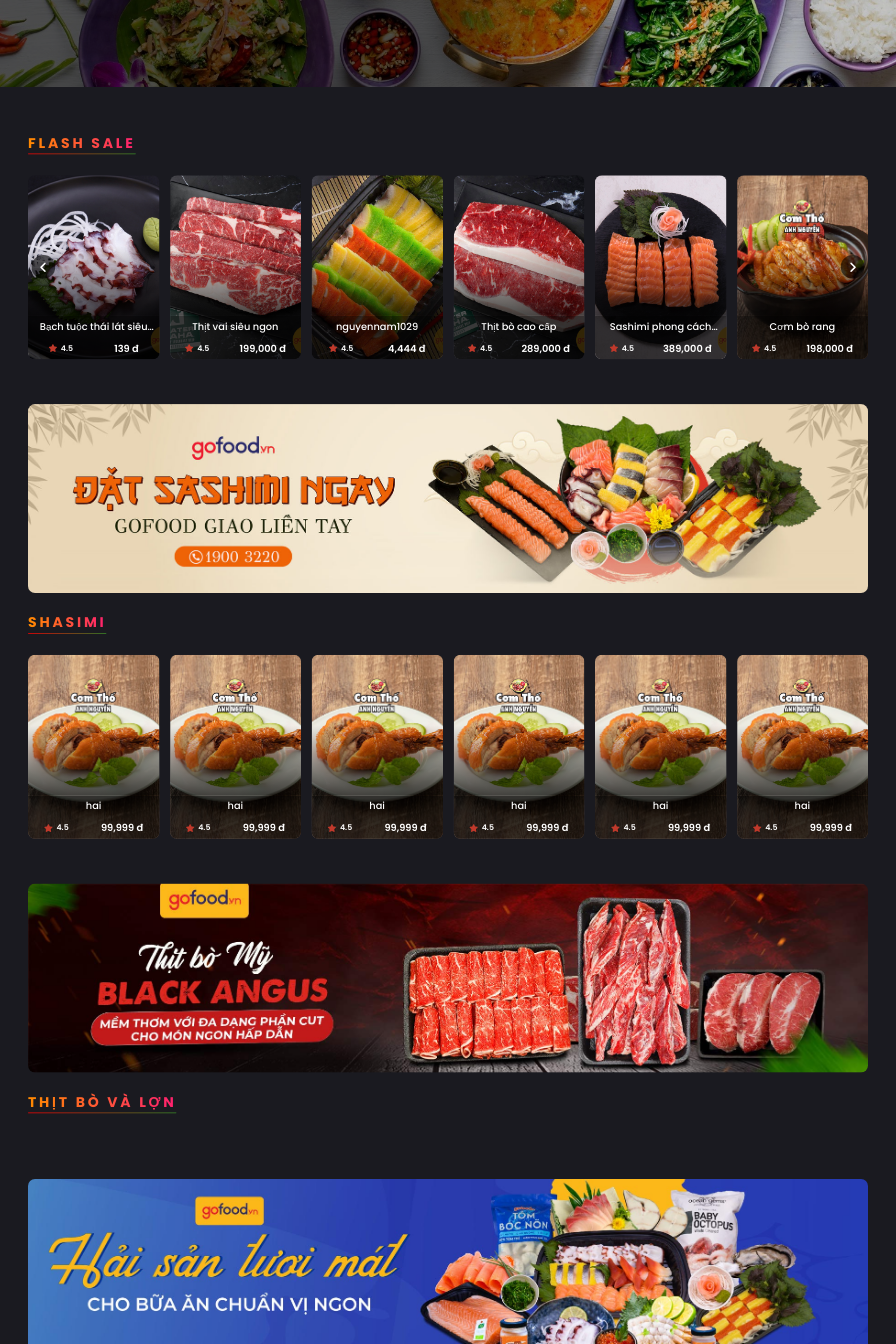
Repository: nguyennam1029/TopFoodNew
Page: http://localhost/
These files come from the project's save history. The page is drawn as it stood at one moment and after the next save; the edit follows.
The browser window is 1280 px wide. The pictures show the part of the page from y = 576 to 2496 px (the page is 4215 px tall before and 3952 px after), at 70% of full size.
Some icons come from a web library that is not loaded, so they are not drawn. Some web fonts or font styles are not loaded; a fallback is used. Some web libraries are served in a nearby version. The page is run by PHP 8.4 with error messages shown; the project is at /var/www/html/. The database holds what the project's SQL file puts in it.

Above is the page before, as saved 2022-08-02 00:53:22.

### index.php
<?php
session_start();
?>
<!DOCTYPE html>
<html lang="en">

<head>
  <meta charset="UTF-8" />
  <meta http-equiv="X-UA-Compatible" content="IE=edge" />
  <meta name="viewport" content="width=device-width, initial-scale=1.0" />
  <title>Top Food</title>
  <link rel="shortcut icon" href="https://hhhkungfu.tv/wp-content/uploads/2021/12/1-copy.png" type="image/x-icon" />

  <!-- GOOGLE FONTS -->
  <link rel="stylesheet" href="https://cdnjs.cloudflare.com/ajax/libs/font-awesome/6.1.1/css/all.min.css" />

  <!-- <link rel="preconnect" href="https://fonts.gstatic.com">
    <link href="https://fonts.googleapis.com/css2?family=Cairo:wght@200;300;400;600;700;900&display=swap" rel="stylesheet"> -->
  <link rel="preconnect" href="https://fonts.googleapis.com" />
  <link rel="preconnect" href="https://fonts.gstatic.com" crossorigin />
  <link href="https://fonts.googleapis.com/css2?family=Poppins:wght@500;600;700&family=Rubik+Wet+Paint&display=swap" rel="stylesheet" />
  <!-- OWL CAROUSEL -->
  <link rel="stylesheet" href="https://cdnjs.cloudflare.com/ajax/libs/OwlCarousel2/2.3.4/assets/owl.carousel.min.css" integrity="sha512-tS3S5qG0BlhnQROyJXvNjeEM4UpMXHrQfTGmbQ1gKmelCxlSEBUaxhRBj/EFTzpbP4RVSrpEikbmdJobCvhE3g==" crossorigin="anonymous" />
  <!-- BOX ICONS -->
  <!-- <link href="https://unpkg.com/boxicons@2.0.7/css/boxicons.min.css" rel="stylesheet" /> -->
  <link rel="stylesheet" href="./plugin/fontawesome-free-6.1.2-web/css/all.min.css">
  <!-- ---aos-- -->
  <!-- <link rel="stylesheet" href="aos-2/dist/aos.css"> -->
  <!-- APP CSS -->
  <!-- <link rel="stylesheet" href="form/form_style.css"> -->
  <link rel="stylesheet" href="grid.css" />
  <link rel="stylesheet" href="app.css" />
</head>

<body>
  <div class="app">
    <?php include 'menu.php'
    ?>


    <?php if (isset($_GET['notiCart'])) { ?>
      <div class="noti">
        <div class="noti-content">
          <i class='bx bxs-bell-ring'></i>
          <span class="noti-title">Bạn vui lòng: Đăng ký hoặc Đăng nhập</span>
          <i class='bx bxs-bell-ring' style="margin-left: 6px; margin-right: 0;"></i>

        </div>
      </div>
    <?php } ?>


    <!-- HERO SECTION -->
    <div class="hero-section">
      <!-- HERO SLIDE -->
      <div class="hero-slide">
        <div class="owl-carousel carousel-nav-center" id="hero-carousel">
          <!-- SLIDE ITEM -->
          <div class="hero-slide-item">
            <img src="./images/banner/banner1.jpg" alt="" />
            <div class="overlay"></div>
            <div class="hero-slide-item-content">
              <div class="item-content-wraper">
                <div class="item-content-title top-down">
                  <p class="item-content-title--color">Cách sắp xếp bàn ăn</p>
                </div>
                <div class="flash-infos top-down delay-2"></div>
                <div class="item-content-description top-down delay-4">
                  Đĩa đựng món ăn chính sẽ đặt ngay chính giữa vị trí ngồi của
                  thực khách, đĩa salad được đặt bên trên đĩa món ăn chính và
                  đĩa bánh mì sẽ nằm ở góc trên bên trái. Khăn ăn bạn phải gấp
                  gọn gàng và đặt bên trái hoặc phía trên đĩa món ăn chính.
                  Các dụng cụ nằm bên phải đĩa món ăn chính sẽ là dao ăn, thìa
                  ăn và thìa súp
                </div>
                <div class="item-action top-down delay-6">
                  <a href="./detail/eveng.html" class="custom-btn block btn-11">
                    <i class="bx bxs-right-arrow"></i>
                    <span>Xem Ngay</span>
                  </a>
                </div>
              </div>
            </div>
          </div>
          <!-- END SLIDE ITEM -->
          <!-- SLIDE ITEM -->
          <div class="hero-slide-item">
            <img src="./images/banner/banner2.jpg" alt="" />
            <div class="overlay"></div>
            <div class="hero-slide-item-content">
              <div class="item-content-wraper">
                <div class="item-content-title top-down">
                  <p class="item-content-title--color">Món gỏi</p>
                </div>
                <div class="flash-infos top-down delay-2"></div>
                <div class="item-content-description top-down delay-4">
                  Chỉ bằng vài bước vào bếp vừa đơn giản lại vừa nhanh chóng,
                  bạn đã có thể chiêu đãi cho cả nhà bữa ăn dinh dưỡng, hấp
                  dẫn với món gỏi bồn bồn thơm ngon này rồi. Dĩa gỏi thơm lừng
                  kích thích vị giác vô cùng, bồn bồn giòn giòn, tươi ngon,
                  ngấm đều vị nước trộn chua chua ngọt ngọt, ăn cùng với miếng
                  bánh phồng tôm nữa là hết sẩy.
                </div>
                <div class="item-action top-down delay-6">
                  <a href="./detail/avatar.html" class="custom-btn block btn-11">
                    <i class="bx bxs-right-arrow"></i>
                    <span>Xem Ngay</span>
                  </a>
                </div>
              </div>
            </div>
          </div>
          <!-- END SLIDE ITEM -->

          <!-- SLIDE ITEM -->
          <div class="hero-slide-item">
            <img src="./images/banner/banner3.jpg" alt="" />
            <div class="overlay"></div>
            <div class="hero-slide-item-content">
              <div class="item-content-wraper">
                <div class="item-content-title top-down">
                  <div class="item-content-title--color">
                    Cách chọn rau, củ, quả
                  </div>
                </div>
                <div class="flash-infos top-down delay-2"></div>
                <div class="item-content-description top-down delay-4">
                  Rau củ và quả tươi có màu sắc tự nhiên, không bị héo úa.
                  Không có bất kì màu sắc bất thường nào. Bạn nên chú ý các
                  loại củ quả màu xanh hoặc có màu sắc khá thất thường
                </div>
                <div class="item-action top-down delay-6">
                  <a href="./detail/WandaVision.html" class="custom-btn block btn-11">
                    <i class="bx bxs-right-arrow"></i>
                    <span>Xem Ngay</span>
                  </a>
                </div>
              </div>
            </div>
          </div>
          <!-- END SLIDE ITEM -->
          <!-- SLIDE ITEM -->
          <div class="hero-slide-item">
            <img src="./images/banner/banner4.jpg" alt="" />
            <div class="overlay"></div>
            <div class="hero-slide-item-content">
              <div class="item-content-wraper">
                <div class="item-content-title top-down">
                  <p class="item-content-title--color">Rau xanh</p>
                </div>
                <div class="flash-infos top-down delay-2"></div>
                <div class="item-content-description top-down delay-4">
                  Rau củ quả thường bị dập trong quá trình vận chuyển. Trường
                  hợp quả táo bị dập sẽ có vết đốm nâu do oxy len lỏi vào
                  trong tạo ra melanin có màu nâu (do phản ứng giữa các enzym,
                  tannin và oxy).
                </div>
                <div class="item-action top-down delay-6">
                  <a href="./detail/star.html" class="custom-btn block btn-11">
                    <i class="bx bxs-right-arrow"></i>
                    <span>Xem Ngay</span>
                  </a>
                </div>
              </div>
            </div>
          </div>
          <!-- END SLIDE ITEM -->
        </div>
      </div>
      <!-- END HERO SLIDE -->
    </div>
    <!-- End-list slider  -->

    <!-- Start flash sale -->
    <div class="section" id="series">
      <div class="container">
        <div class="section-header">
          <p class="booton-text">
            flash sale
            <!-- <img style="filter: brightness(0%);" class="flash-sale--logo" src="images/flashsale.svg" alt="" /> -->
          </p>
        </div>
        <div class="movies-slide carousel-nav-center owl-carousel">
          <?php

          require './admin/connect.php';
          $sql = " select * from products where manufacturer_id=N'1' limit 10";
          $result = mysqli_query($connect, $sql);
          ?>
          <?php foreach ($result as $flashSale) : ?>

            <a href="product_detail.php?id=<?php echo $flashSale['id'] ?>" class="flash-item">
              <img class="flash-image" src="./admin/san_pham/photos/<?php echo $flashSale['photo'] ?>" alt="" />
              <div class="flash-item-content">
                <p class="flash-item-title">
                  <?php echo $flashSale['name'] ?>
                </p>
                <div class="flash-infos">
                  <div class="flash-info">
                    <i class="fa-solid fa-star"></i>
                    <span>4.5</span>
                  </div>

                  <div class="flash-info">
                    <span class="flash-info--price">
                      <?php echo number_format($flashSale['price']) ?>
                      đ</span>
                  </div>
                </div>
              </div>
            </a>
          <?php endforeach ?>

        </div>
      </div>
    </div>
    <!-- END flash sale -->

    <!-- --START-BANNER-HẢI SẢN  -->
    <div class="section">
      <div class="container">
        <div class="banner">
          <img src="./images/banner/banner-sashimi.jpg" alt="" />
        </div>
      </div>
    </div>
    <!-- --END-BANNER-HẢI SẢN  -->

    <!-- --START-SHASIMI  -->
    <div class="section" id="series">
      <div class="container">
        <div class="section-header">
          <p class="booton-text">Shasimi</p>
        </div>
        <div class="movies-slide carousel-nav-center owl-carousel">
          <?php
          $sql = " select * from products where manufacturer_id=N'2' limit 10";
          $result = mysqli_query($connect, $sql);
          ?>
          <?php foreach ($result as $flashSale) : ?>

            <a href="product_detail.php?id=<?php echo $flashSale['id'] ?>" class="flash-item">
              <img class="flash-image" src="./admin/san_pham/photos/<?php echo $flashSale['photo'] ?>" alt="" />
              <div class="flash-item-content">
                <p class="flash-item-title">
                  <?php echo $flashSale['name'] ?>
                </p>
                <div class="flash-infos">
                  <div class="flash-info">
                    <i class="fa-solid fa-star"></i>
                    <span>4.5</span>
                  </div>

                  <div class="flash-info">
                    <span class="flash-info--price">
                      <?php echo number_format($flashSale['price']) ?>
                      đ</span>
                  </div>
                </div>
              </div>
            </a>
          <?php endforeach ?>

        </div>
      </div>
    </div>
    <!-- END-HẢI SẢN  -->

    <!-- --START-BANNER-Thịt  -->
    <div class="section">
      <div class="container">
        <div class="banner">
          <img src="images/banner/banner-bo-my-black-angus.jpg" alt="" />
        </div>
      </div>
    </div>
    <!-- --END-BANNER-Thịt  -->



    <!-- --START-Thịt bò   -->
    <div class="section" id="series">
      <div class="container">
        <div class="section-header">
          <p class="booton-text">Thịt bò và lợn</p>
        </div>
        <div class="movies-slide carousel-nav-center owl-carousel">
          <?php
          $sql = " select * from products where manufacturer_id=N'3' limit 10";
          $result = mysqli_query($connect, $sql);
          ?>
          <?php foreach ($result as $flashSale) : ?>

            <a href="product_detail.php?id=<?php echo $flashSale['id'] ?>" class="flash-item">
              <img class="flash-image" src="./admin/san_pham/photos/<?php echo $flashSale['photo'] ?>" alt="" />
              <div class="flash-item-content">
                <p class="flash-item-title">
                  <?php echo $flashSale['name'] ?>
                </p>
                <div class="flash-infos">
                  <div class="flash-info">
                    <i class="fa-solid fa-star"></i>
                    <span>4.5</span>
                  </div>

                  <div class="flash-info">
                    <span class="flash-info--price">
                      <?php echo number_format($flashSale['price']) ?>
                      đ</span>
                  </div>
                </div>
              </div>
            </a>
          <?php endforeach ?>

        </div>
      </div>
    </div>
    <!-- END-Thị bò  -->



    <!-- --START-BANNER-HẢI SẢN   -->

    <div class="section">
      <div class="container">
        <div class="banner">
          <img src="images/banner/banner-hai-san.jpg" alt="" />
        </div>
      </div>
    </div>
    <!-- --END-BANNER-HẢI SẢN   -->




    <!-- --START-HẢI SẢN   -->
    <div class="section" id="series">
      <div class="container">
        <div class="section-header">
          <p class="booton-text">hải sản</p>
        </div>
        <div class="movies-slide carousel-nav-center owl-carousel">
          <?php
          $sql = " select * from products where manufacturer_id=N'1' limit 10";
          $result = mysqli_query($connect, $sql);
          ?>
          <?php foreach ($result as $flashSale) : ?>

            <a href="product_detail.php?id=<?php echo $flashSale['id'] ?>" class="flash-item">
              <img class="flash-image" src="./admin/san_pham/photos/<?php echo $flashSale['photo'] ?>" alt="" />
              <div class="flash-item-content">
                <p class="flash-item-title">
                  <?php echo $flashSale['name'] ?>
                </p>
                <div class="flash-infos">
                  <div class="flash-info">
                    <i class="fa-solid fa-star"></i>
                    <span>4.5</span>
                  </div>

                  <div class="flash-info">
                    <span class="flash-info--price">
                      <?php echo number_format($flashSale['price']) ?>
                      đ</span>
                  </div>
                </div>
              </div>
            </a>
          <?php endforeach ?>

        </div>
      </div>
    </div>
    <!-- END-Thị bò  -->


    <!-- --START-BANNER-HẢI SẢN   -->

    <div class="section">
      <div class="container">
        <div class="banner">
          <img src="images/banner/banner-thit-lon.jpg" alt="" />
        </div>
      </div>
    </div>
    <!-- --END-BANNER-HẢI SẢN   -->




    <!-- --START-THỊT HEO   -->
    <div class="section" id="series">
      <div class="container">
        <div class="section-header">
          <p class="booton-text">thịt heo</p>
        </div>
        <div class="movies-slide carousel-nav-center owl-carousel">
          <?php
          $sql = " select * from products where manufacturer_id=N'7' limit 10";
          $result = mysqli_query($connect, $sql);
          ?>
          <?php foreach ($result as $flashSale) : ?>

            <a href="product_detail.php?id=<?php echo $flashSale['id'] ?>" class="flash-item">
              <img class="flash-image" src="./admin/san_pham/photos/<?php echo $flashSale['photo'] ?>" alt="" />
              <div class="flash-item-content">
                <p class="flash-item-title">
                  <?php echo $flashSale['name'] ?>
                </p>
                <div class="flash-infos">
                  <div class="flash-info">
                    <i class="fa-solid fa-star"></i>
                    <span>4.5</span>
                  </div>

                  <div class="flash-info">
                    <span class="flash-info--price">
                      <?php echo number_format($flashSale['price']) ?>
                      đ</span>
                  </div>
                </div>
              </div>
            </a>
          <?php endforeach ?>

        </div>
      </div>
    </div>
    <!-- END-THỊT HEO  -->


    <!-- -CONTACT- -->
    <div class="section">
      <div class="container">
        <div class="section-header">
          <p class="booton-text">Liên Hệ</p>
        </div>
        <div class="contact">
          <div class="contact-content">
            <h2 class="contact-title">Hãy cho tôi biết suy nghĩ của bạn !</h2>
            <!-- <span class="contact-des">
              Nếu bạn cần chúng tôi, thì chúng tôi cần bạn hơn. Đơn giản vì
              những lời góp ý của bạn đó là những thứ tạo nên những sản phẩm
              chất lượng và thận thiện hơn
            </span> -->


            <a href="#" class="contact-input--submit">Liên hệ ngay</a>



          </div>
        </div>
      </div>
      <!-- END-CONTACT  -->
      <!-- FOOTER SECTION -->
      <?php include 'footer.php' ?>
      <!-- END FOOTER SECTION -->
      <!-- --DAY-NIGHT-------- -->
      <div class="day-night">
        <input type="checkbox" class="checkbox" id="checkbox" />
        <label for="checkbox" class="label">
          <i class="fas fa-moon"></i>
          <i class="fas fa-sun"></i>
          <div class="ball"></div>
        </label>
      </div>
      <!-- --DAY-NIGHT-------- -->
      <!-- BACK TO TOP -->
      <a href="#" class="backtotop">
        <i class="fa-solid fa-angle-up"></i>
      </a>
      <!--END BACK TO TOP -->
    </div>

    <!-- SCRIPT -->
    <!-- JQUERY -->
    <script src="https://code.jquery.com/jquery-3.6.0.min.js" integrity="sha256-/xUj+3OJU5yExlq6GSYGSHk7tPXikynS7ogEvDej/m4=" crossorigin="anonymous"></script>
    <!-- OWL CAROUSEL -->
    <script src="https://cdnjs.cloudflare.com/ajax/libs/OwlCarousel2/2.3.4/owl.carousel.min.js" integrity="sha512-bPs7Ae6pVvhOSiIcyUClR7/q2OAsRiovw4vAkX+zJbw3ShAeeqezq50RIIcIURq7Oa20rW2n2q+fyXBNcU9lrw==" crossorigin="anonymous"></script>
    <!-- APP SCRIPT -->

    <script src="app.js"></script>
</body>

</html>

### admin/connect.php
<?php
$connect = mysqli_connect('localhost','root','','topfood');

### grid.css
.row {
    display: flex;
    flex-wrap: wrap;
    margin: 0 -15px;
    padding: 0 -15px;
}
.col-0 {
    display: none;
}
[class*="col-"] {
    margin-top: 20px;
    padding: 0 15px;
}

.col-1 {
    width: 8.33%;
}

.col-2 {
    width: 16.66%;
}

.col-3 {
    width: 25%;
}

.col-4 {
    width: 33.33%;
}

.col-5 {
    width: 41.66%;
}

.col-6 {
    width: 50%;
}

.col-7 {
    width: 58.33%;
}

.col-8 {
    width: 66.66%;
}

.col-9 {
    width: 75%;
}

.col-10 {
    width: 83.33%;
}

.col-11 {
    width: 91.66%;
}

.col-12 {
    width: 100%;
}

/* MEDIUM SCREEN */

@media only screen and (max-width: 1280px) {
    .col-md-1 {
        width: 8.33%;
    }

    .col-md-2 {
        width: 16.66%;
    }

    .col-md-3 {
        width: 25%;
    }

    .col-md-4 {
        width: 33.33%;
    }

    .col-md-5 {
        width: 41.66%;
    }

    .col-md-6 {
        width: 50%;
    }

    .col-md-7 {
        width: 58.33%;
    }

    .col-md-8 {
        width: 66.66%;
    }

    .col-md-9 {
        width: 75%;
    }

    .col-md-10 {
        width: 83.33%;
    }

    .col-md-11 {
        width: 91.66%;
    }

    .col-md-12 {
        width: 100%;
    }
}

/* SMALL SCREEN */

@media only screen and (max-width: 850px) {
    .col-sm-0 {
        display: none;
    }
    .col-sm-1 {
        width: 8.33%;
    }

    .col-sm-2 {
        width: 16.66%;
    }

    .col-sm-3 {
        width: 25%;
    }

    .col-sm-4 {
        width: 33.33%;
    }

    .col-sm-5 {
        width: 41.66%;
    }

    .col-sm-6 {
        width: 50%;
    }

    .col-sm-7 {
        width: 58.33%;
    }

    .col-sm-8 {
        width: 66.66%;
    }

    .col-sm-9 {
        width: 75%;
    }

    .col-sm-10 {
        width: 83.33%;
    }

    .col-sm-11 {
        width: 91.66%;
    }

    .col-sm-12 {
        width: 100%;
    }
}

### topfood.sql (the tables this page reads)
CREATE TABLE `products` (
  `id` int(11) NOT NULL,
  `name` varchar(100) NOT NULL,
  `photo` varchar(200) NOT NULL,
  `price` varchar(100) NOT NULL,
  `description` text NOT NULL,
  `manufacturer_id` int(11) NOT NULL
) ENGINE=InnoDB DEFAULT CHARSET=utf8mb4;

INSERT INTO `products` (`id`, `name`, `photo`, `price`, `description`, `manufacturer_id`) VALUES
(1, 'Bạch tuộc thái lát siêu ngon', '1658589060.jpg', '139.000', 'Thịt dẻ sườn bò Mỹ có tên gọi khác là USA RIB Finger, là phần thịt nằm ở ức của con bò, được pha lọc từ phần sườn trước của con bò. Dẻ sườn bò Mỹ nổi tiếng với vị ngọt đậm đà, hương thơm đặc trưng cùng vị béo ngậy bởi những lớp mỡ dày trải dọc theo miếng thịt.\r\n\r\nDẻ sườn bò Mỹ là thực phẩm tươi sống cao cấp của Gofood được nhập khẩu trực tiếp theo đường chính ngạch. Người tiêu dùng có thể hoàn toàn yên tâm về chất lượng của thịt bò ở đây. Gofood là một trong những đối tác trực tiếp của bộ nông nghiệp Hoa Kỳ. Những con bò cho sản phẩm được chăn nuôi theo quy trình hoa học, đảm bảo yêu cầu chất lượng. Quy trình giết mổ, sơ chế, đóng gói, bảo quản, vận chuyển cũng rất hiện đại nên tuyệt đối an toàn cho người tiêu dùng.\r\n', 1),
(2, 'hai', '1658589909.webp', '99999', 'cơm', 2),
(3, 'Thịt vai siêu ngon', '1658591944.jpg', '199000', 'siêu hấp dẫn', 1),
(4, 'nguyennam1029', '1658589728.jpg', '4444', 'ggdgsdg', 1),
(5, 'Thịt bò cao cấp', '1658591510.jpg', '289000', 'THịt siêu ngon', 1),
(6, 'Sashimi phong cách nhật', '1658592090.jpg', '389000', 'ngon', 1),
(7, 'Cơm bò rang', '1658592155.webp', '198000', 'ngonnn', 1),
(8, 'Trứng cá hồi', '1658592321.jpg', '459000', '', 1),
(9, 'Cá tươi ngon', '1658645960.jpg', '1299000', '', 1),
(10, 'Shasimi siêu dễ ăn', '1658645783.jpg', '340000', '34234', 1);

ALTER TABLE `products`
  ADD PRIMARY KEY (`id`),
  ADD KEY `manufacturer_id` (`manufacturer_id`);

ALTER TABLE `products`
  MODIFY `id` int(11) NOT NULL AUTO_INCREMENT, AUTO_INCREMENT=11;

ALTER TABLE `products`
  ADD CONSTRAINT `products_ibfk_1` FOREIGN KEY (`manufacturer_id`) REFERENCES `manufacturers` (`id`);

Loaded but not shown: plugin/fontawesome-free-6.1.2-web/css/all.min.css (library); app.js (425 lines, source omitted); app.css (2573 lines, source omitted); footer.php (79 lines, source omitted); menu.php (76 lines, source omitted)

After the next save:
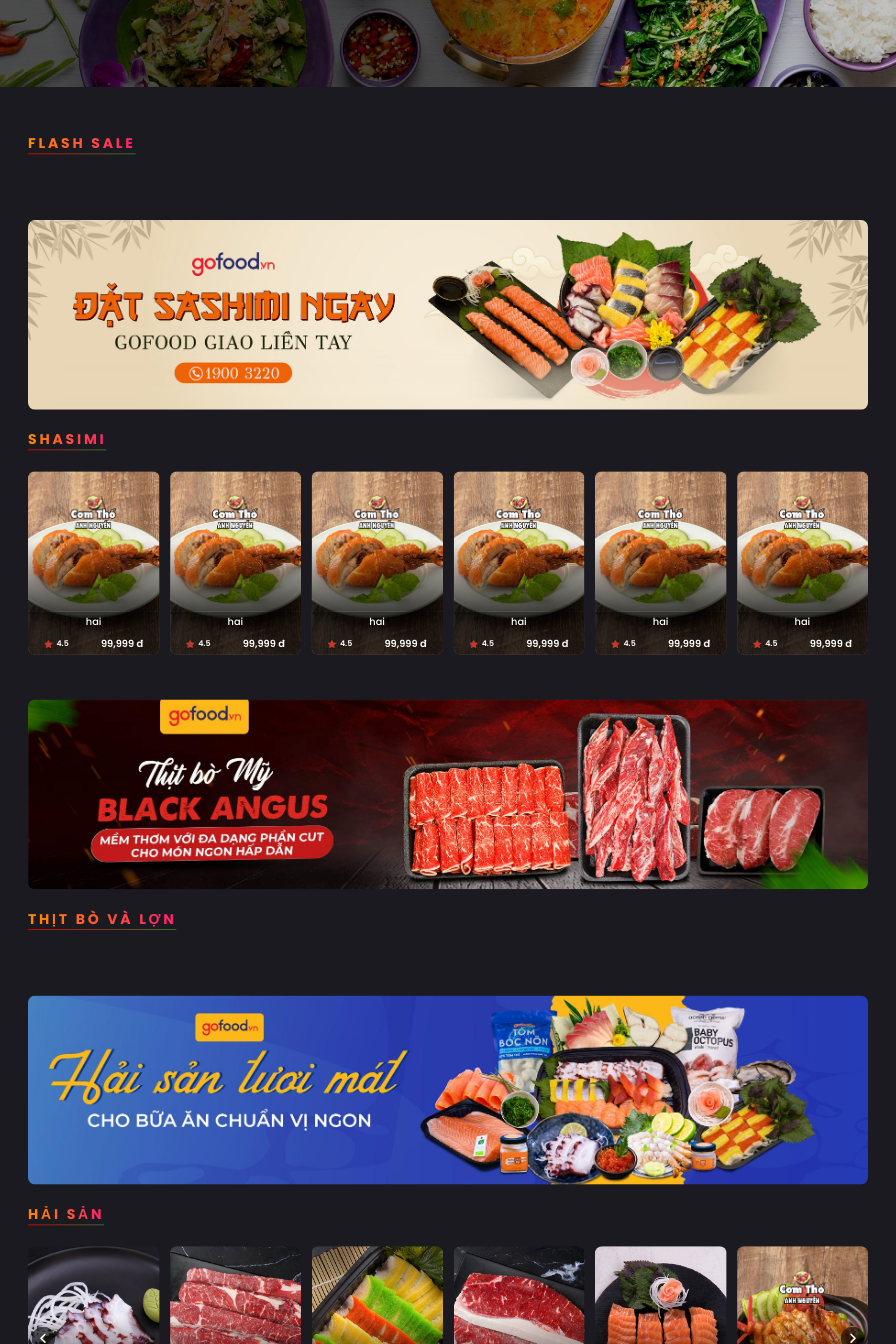
Saved 46 h 45 min later.
--- a/index.php
+++ b/index.php
@@ -184,7 +184,7 @@
           <?php
 
           require './admin/connect.php';
-          $sql = " select * from products where manufacturer_id=N'1' limit 10";
+          $sql = " select * from products where manufacturer_id=N'12' limit 10";
           $result = mysqli_query($connect, $sql);
           ?>
           <?php foreach ($result as $flashSale) : ?>
